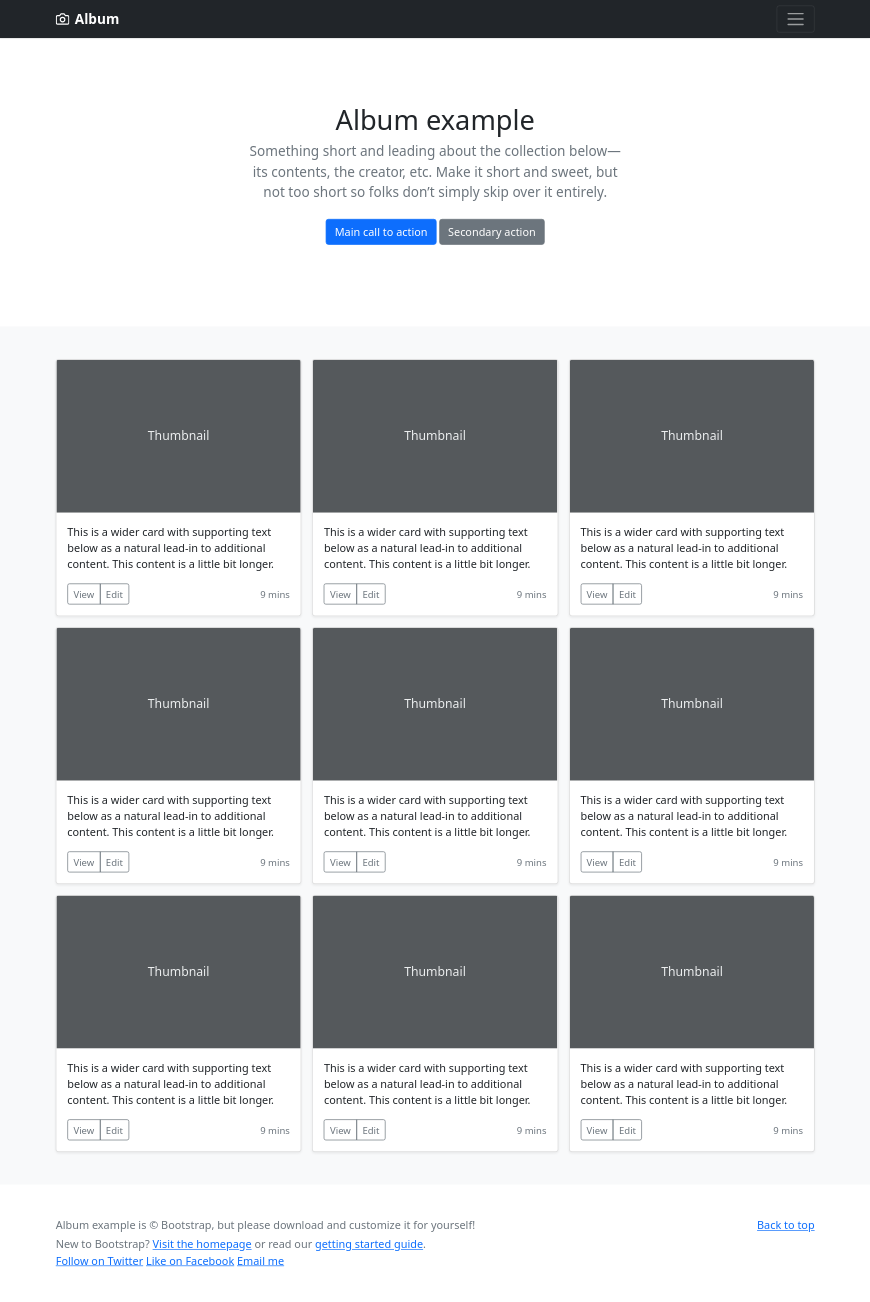
Repository: harshi93/pythonProjects
Page: http://localhost/jobs
The author's editor kept a copy of each file at every save. The page is drawn from the files as they stood at one save, then again after the next save.
The browser window is 1280 px wide. The pictures show the whole page, at 68% of full size.
The page is served by the project's application, run on Django 3.2 (manage.py). Other server files are loaded and not shown.

Above is the page before, as saved 2021-07-29 03:14:04.

### portfolio/jobs/templates/experience/exp.html
<!doctype html>
<html lang="en">
  <head>
    <meta charset="utf-8">
    <meta name="viewport" content="width=device-width, initial-scale=1">
    <meta name="description" content="">
    <meta name="author" content="Mark Otto, Jacob Thornton, and Bootstrap contributors">
    <meta name="generator" content="Hugo 0.84.0">
    <title>Album example · Bootstrap v5.0</title>

    <link rel="canonical" href="https://getbootstrap.com/docs/5.0/examples/album/">



    <!-- Bootstrap core CSS -->
    <link href="https://cdn.jsdelivr.net/npm/bootstrap@5.0.2/dist/css/bootstrap.min.css" rel="stylesheet" integrity="sha384-EVSTQN3/azprG1Anm3QDgpJLIm9Nao0Yz1ztcQTwFspd3yD65VohhpuuCOmLASjC" crossorigin="anonymous">
    <!-- Favicons -->
<link rel="apple-touch-icon" href="/docs/5.0/assets/img/favicons/apple-touch-icon.png" sizes="180x180">
<link rel="icon" href="/docs/5.0/assets/img/favicons/favicon-32x32.png" sizes="32x32" type="image/png">
<link rel="icon" href="/docs/5.0/assets/img/favicons/favicon-16x16.png" sizes="16x16" type="image/png">
<link rel="manifest" href="/docs/5.0/assets/img/favicons/manifest.json">
<link rel="mask-icon" href="/docs/5.0/assets/img/favicons/safari-pinned-tab.svg" color="#7952b3">
<link rel="icon" href="/docs/5.0/assets/img/favicons/favicon.ico">
<meta name="theme-color" content="#7952b3">


    <style>
      .bd-placeholder-img {
        font-size: 1.125rem;
        text-anchor: middle;
        -webkit-user-select: none;
        -moz-user-select: none;
        user-select: none;
      }

      @media (min-width: 768px) {
        .bd-placeholder-img-lg {
          font-size: 3.5rem;
        }
      }
    </style>


  </head>
  <body>

<header>
  <div class="collapse bg-dark" id="navbarHeader">
    <div class="container">
      <div class="row">
        <div class="col-sm-8 col-md-7 py-4">
          <h4 class="text-white">About</h4>
          <p class="text-muted">Add some information about the album below, the author, or any other background context. Make it a few sentences long so folks can pick up some informative tidbits. Then, link them off to some social networking sites or contact information.</p>
        </div>

      </div>
    </div>
  </div>
  <div class="navbar navbar-dark bg-dark shadow-sm">
    <div class="container">
      <a href="#" class="navbar-brand d-flex align-items-center">
        <svg xmlns="http://www.w3.org/2000/svg" width="20" height="20" fill="none" stroke="currentColor" stroke-linecap="round" stroke-linejoin="round" stroke-width="2" aria-hidden="true" class="me-2" viewBox="0 0 24 24"><path d="M23 19a2 2 0 0 1-2 2H3a2 2 0 0 1-2-2V8a2 2 0 0 1 2-2h4l2-3h6l2 3h4a2 2 0 0 1 2 2z"/><circle cx="12" cy="13" r="4"/></svg>
        <strong>Album</strong>
      </a>
      <button class="navbar-toggler" type="button" data-bs-toggle="collapse" data-bs-target="#navbarHeader" aria-controls="navbarHeader" aria-expanded="false" aria-label="Toggle navigation">
        <span class="navbar-toggler-icon"></span>
      </button>
    </div>
  </div>
</header>

<main>

  <section class="py-5 text-center container">
    <div class="row py-lg-5">
      <div class="col-lg-6 col-md-8 mx-auto">
        <h1 class="fw-light">Album example</h1>
        <p class="lead text-muted">Something short and leading about the collection below—its contents, the creator, etc. Make it short and sweet, but not too short so folks don’t simply skip over it entirely.</p>
        <p>
          <a href="#" class="btn btn-primary my-2">Main call to action</a>
          <a href="#" class="btn btn-secondary my-2">Secondary action</a>
        </p>
      </div>
    </div>
  </section>

  <div class="album py-5 bg-light">
    <div class="container">

      <div class="row row-cols-1 row-cols-sm-2 row-cols-md-3 g-3">
        <div class="col">
          <div class="card shadow-sm">
            <svg class="bd-placeholder-img card-img-top" width="100%" height="225" xmlns="http://www.w3.org/2000/svg" role="img" aria-label="Placeholder: Thumbnail" preserveAspectRatio="xMidYMid slice" focusable="false"><title>Placeholder</title><rect width="100%" height="100%" fill="#55595c"/><text x="50%" y="50%" fill="#eceeef" dy=".3em">Thumbnail</text></svg>

            <div class="card-body">
              <p class="card-text">This is a wider card with supporting text below as a natural lead-in to additional content. This content is a little bit longer.</p>
              <div class="d-flex justify-content-between align-items-center">
                <div class="btn-group">
                  <button type="button" class="btn btn-sm btn-outline-secondary">View</button>
                  <button type="button" class="btn btn-sm btn-outline-secondary">Edit</button>
                </div>
                <small class="text-muted">9 mins</small>
              </div>
            </div>
          </div>
        </div>
        <div class="col">
          <div class="card shadow-sm">
            <svg class="bd-placeholder-img card-img-top" width="100%" height="225" xmlns="http://www.w3.org/2000/svg" role="img" aria-label="Placeholder: Thumbnail" preserveAspectRatio="xMidYMid slice" focusable="false"><title>Placeholder</title><rect width="100%" height="100%" fill="#55595c"/><text x="50%" y="50%" fill="#eceeef" dy=".3em">Thumbnail</text></svg>

            <div class="card-body">
              <p class="card-text">This is a wider card with supporting text below as a natural lead-in to additional content. This content is a little bit longer.</p>
              <div class="d-flex justify-content-between align-items-center">
                <div class="btn-group">
                  <button type="button" class="btn btn-sm btn-outline-secondary">View</button>
                  <button type="button" class="btn btn-sm btn-outline-secondary">Edit</button>
                </div>
                <small class="text-muted">9 mins</small>
              </div>
            </div>
          </div>
        </div>
        <div class="col">
          <div class="card shadow-sm">
            <svg class="bd-placeholder-img card-img-top" width="100%" height="225" xmlns="http://www.w3.org/2000/svg" role="img" aria-label="Placeholder: Thumbnail" preserveAspectRatio="xMidYMid slice" focusable="false"><title>Placeholder</title><rect width="100%" height="100%" fill="#55595c"/><text x="50%" y="50%" fill="#eceeef" dy=".3em">Thumbnail</text></svg>

            <div class="card-body">
              <p class="card-text">This is a wider card with supporting text below as a natural lead-in to additional content. This content is a little bit longer.</p>
              <div class="d-flex justify-content-between align-items-center">
                <div class="btn-group">
                  <button type="button" class="btn btn-sm btn-outline-secondary">View</button>
                  <button type="button" class="btn btn-sm btn-outline-secondary">Edit</button>
                </div>
                <small class="text-muted">9 mins</small>
              </div>
            </div>
          </div>
        </div>

        <div class="col">
          <div class="card shadow-sm">
            <svg class="bd-placeholder-img card-img-top" width="100%" height="225" xmlns="http://www.w3.org/2000/svg" role="img" aria-label="Placeholder: Thumbnail" preserveAspectRatio="xMidYMid slice" focusable="false"><title>Placeholder</title><rect width="100%" height="100%" fill="#55595c"/><text x="50%" y="50%" fill="#eceeef" dy=".3em">Thumbnail</text></svg>

            <div class="card-body">
              <p class="card-text">This is a wider card with supporting text below as a natural lead-in to additional content. This content is a little bit longer.</p>
              <div class="d-flex justify-content-between align-items-center">
                <div class="btn-group">
                  <button type="button" class="btn btn-sm btn-outline-secondary">View</button>
                  <button type="button" class="btn btn-sm btn-outline-secondary">Edit</button>
                </div>
                <small class="text-muted">9 mins</small>
              </div>
            </div>
          </div>
        </div>
        <div class="col">
          <div class="card shadow-sm">
            <svg class="bd-placeholder-img card-img-top" width="100%" height="225" xmlns="http://www.w3.org/2000/svg" role="img" aria-label="Placeholder: Thumbnail" preserveAspectRatio="xMidYMid slice" focusable="false"><title>Placeholder</title><rect width="100%" height="100%" fill="#55595c"/><text x="50%" y="50%" fill="#eceeef" dy=".3em">Thumbnail</text></svg>

            <div class="card-body">
              <p class="card-text">This is a wider card with supporting text below as a natural lead-in to additional content. This content is a little bit longer.</p>
              <div class="d-flex justify-content-between align-items-center">
                <div class="btn-group">
                  <button type="button" class="btn btn-sm btn-outline-secondary">View</button>
                  <button type="button" class="btn btn-sm btn-outline-secondary">Edit</button>
                </div>
                <small class="text-muted">9 mins</small>
              </div>
            </div>
          </div>
        </div>
        <div class="col">
          <div class="card shadow-sm">
            <svg class="bd-placeholder-img card-img-top" width="100%" height="225" xmlns="http://www.w3.org/2000/svg" role="img" aria-label="Placeholder: Thumbnail" preserveAspectRatio="xMidYMid slice" focusable="false"><title>Placeholder</title><rect width="100%" height="100%" fill="#55595c"/><text x="50%" y="50%" fill="#eceeef" dy=".3em">Thumbnail</text></svg>

            <div class="card-body">
              <p class="card-text">This is a wider card with supporting text below as a natural lead-in to additional content. This content is a little bit longer.</p>
              <div class="d-flex justify-content-between align-items-center">
                <div class="btn-group">
                  <button type="button" class="btn btn-sm btn-outline-secondary">View</button>
                  <button type="button" class="btn btn-sm btn-outline-secondary">Edit</button>
                </div>
                <small class="text-muted">9 mins</small>
              </div>
            </div>
          </div>
        </div>

        <div class="col">
          <div class="card shadow-sm">
            <svg class="bd-placeholder-img card-img-top" width="100%" height="225" xmlns="http://www.w3.org/2000/svg" role="img" aria-label="Placeholder: Thumbnail" preserveAspectRatio="xMidYMid slice" focusable="false"><title>Placeholder</title><rect width="100%" height="100%" fill="#55595c"/><text x="50%" y="50%" fill="#eceeef" dy=".3em">Thumbnail</text></svg>

            <div class="card-body">
              <p class="card-text">This is a wider card with supporting text below as a natural lead-in to additional content. This content is a little bit longer.</p>
              <div class="d-flex justify-content-between align-items-center">
                <div class="btn-group">
                  <button type="button" class="btn btn-sm btn-outline-secondary">View</button>
                  <button type="button" class="btn btn-sm btn-outline-secondary">Edit</button>
                </div>
                <small class="text-muted">9 mins</small>
              </div>
            </div>
          </div>
        </div>
        <div class="col">
          <div class="card shadow-sm">
            <svg class="bd-placeholder-img card-img-top" width="100%" height="225" xmlns="http://www.w3.org/2000/svg" role="img" aria-label="Placeholder: Thumbnail" preserveAspectRatio="xMidYMid slice" focusable="false"><title>Placeholder</title><rect width="100%" height="100%" fill="#55595c"/><text x="50%" y="50%" fill="#eceeef" dy=".3em">Thumbnail</text></svg>

            <div class="card-body">
              <p class="card-text">This is a wider card with supporting text below as a natural lead-in to additional content. This content is a little bit longer.</p>
              <div class="d-flex justify-content-between align-items-center">
                <div class="btn-group">
                  <button type="button" class="btn btn-sm btn-outline-secondary">View</button>
                  <button type="button" class="btn btn-sm btn-outline-secondary">Edit</button>
                </div>
                <small class="text-muted">9 mins</small>
              </div>
            </div>
          </div>
        </div>
        <div class="col">
          <div class="card shadow-sm">
            <svg class="bd-placeholder-img card-img-top" width="100%" height="225" xmlns="http://www.w3.org/2000/svg" role="img" aria-label="Placeholder: Thumbnail" preserveAspectRatio="xMidYMid slice" focusable="false"><title>Placeholder</title><rect width="100%" height="100%" fill="#55595c"/><text x="50%" y="50%" fill="#eceeef" dy=".3em">Thumbnail</text></svg>

            <div class="card-body">
              <p class="card-text">This is a wider card with supporting text below as a natural lead-in to additional content. This content is a little bit longer.</p>
              <div class="d-flex justify-content-between align-items-center">
                <div class="btn-group">
                  <button type="button" class="btn btn-sm btn-outline-secondary">View</button>
                  <button type="button" class="btn btn-sm btn-outline-secondary">Edit</button>
                </div>
                <small class="text-muted">9 mins</small>
              </div>
            </div>
          </div>
        </div>
      </div>
    </div>
  </div>

</main>

<footer class="text-muted py-5">
  <div class="container">
    <p class="float-end mb-1">
      <a href="#">Back to top</a>
    </p>
    <p class="mb-1">Album example is &copy; Bootstrap, but please download and customize it for yourself!</p>
    <p class="mb-0">New to Bootstrap? <a href="/">Visit the homepage</a> or read our <a href="/docs/5.0/getting-started/introduction/">getting started guide</a>.</p>
    <a href="#" class="text-black">Follow on Twitter</a>
    <a href="#" class="text-black">Like on Facebook</a>
    <a href="#" class="text-black">Email me</a>
  </div>
</footer>


<script src="https://cdn.jsdelivr.net/npm/bootstrap@5.0.2/dist/js/bootstrap.bundle.min.js" integrity="sha384-MrcW6ZMFYlzcLA8Nl+NtUVF0sA7MsXsP1UyJoMp4YLEuNSfAP+JcXn/tWtIaxVXM" crossorigin="anonymous"></script>

  </body>
</html>

### portfolio/jobs/views.py
from django.shortcuts import render
from .models import Job

# Create your views here.
def experience(request):
    jobs = Job.objects
    return render(request, 'experience/exp.html', {'jobs':jobs})

### portfolio/portfolio/urls.py
"""portfolio URL Configuration

The `urlpatterns` list routes URLs to views. For more information please see:
    https://docs.djangoproject.com/en/3.0/topics/http/urls/
Examples:
Function views
    1. Add an import:  from my_app import views
    2. Add a URL to urlpatterns:  path('', views.home, name='home')
Class-based views
    1. Add an import:  from other_app.views import Home
    2. Add a URL to urlpatterns:  path('', Home.as_view(), name='home')
Including another URLconf
    1. Import the include() function: from django.urls import include, path
    2. Add a URL to urlpatterns:  path('blog/', include('blog.urls'))
"""
from django.contrib import admin
from django.urls import path
import jobs.views

urlpatterns = [
    path('admin/', admin.site.urls),
    path('jobs', jobs.views.experience, name='experience'),
]

After the next save:
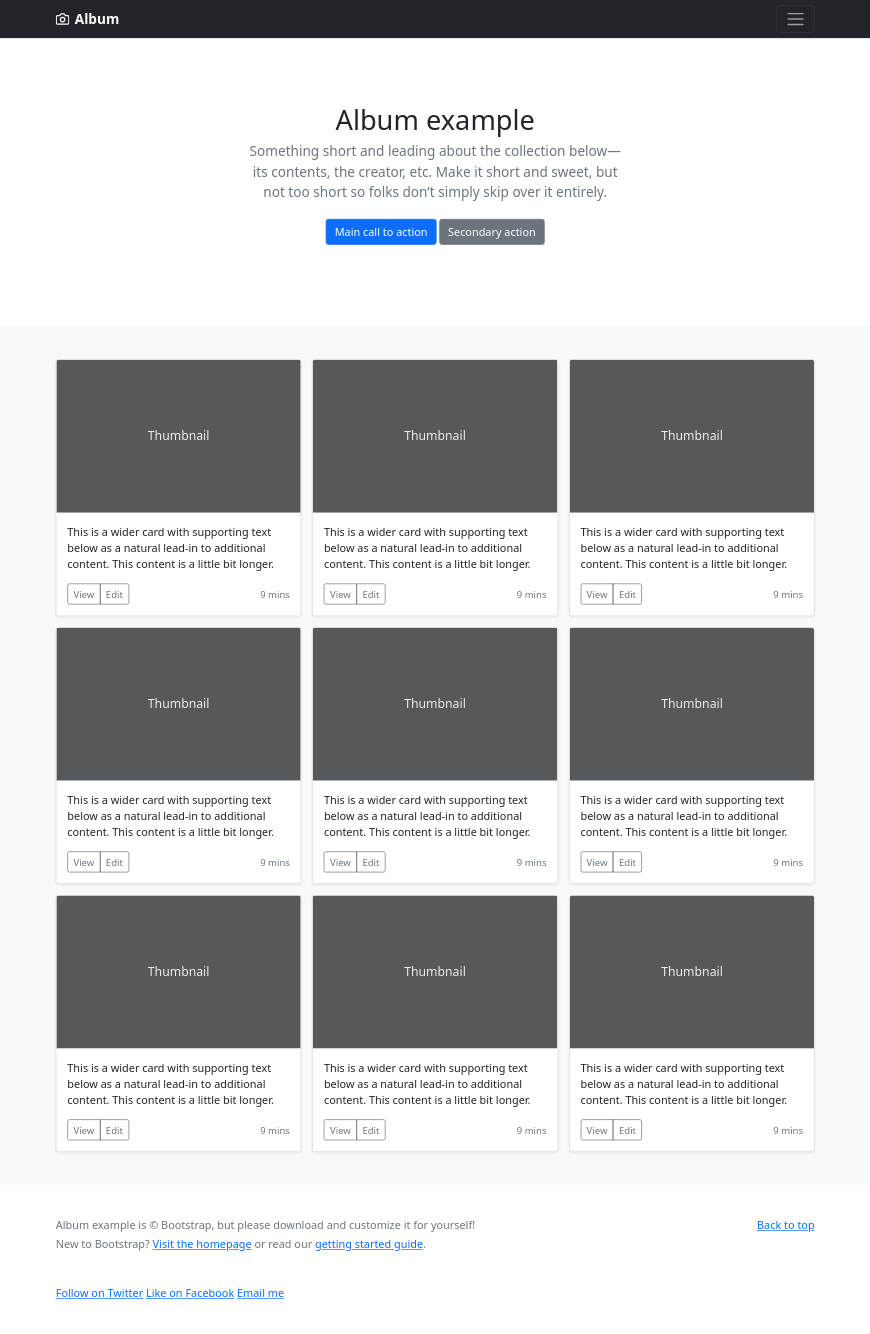
Saved 19 s later.
--- a/portfolio/jobs/templates/experience/exp.html
+++ b/portfolio/jobs/templates/experience/exp.html
@@ -246,7 +246,7 @@
       <a href="#">Back to top</a>
     </p>
     <p class="mb-1">Album example is &copy; Bootstrap, but please download and customize it for yourself!</p>
-    <p class="mb-0">New to Bootstrap? <a href="/">Visit the homepage</a> or read our <a href="/docs/5.0/getting-started/introduction/">getting started guide</a>.</p>
+    <p class="mb-0">New to Bootstrap? <a href="/">Visit the homepage</a> or read our <a href="/docs/5.0/getting-started/introduction/">getting started guide</a>.</p><br/><br/>
     <a href="#" class="text-black">Follow on Twitter</a>
     <a href="#" class="text-black">Like on Facebook</a>
     <a href="#" class="text-black">Email me</a>
